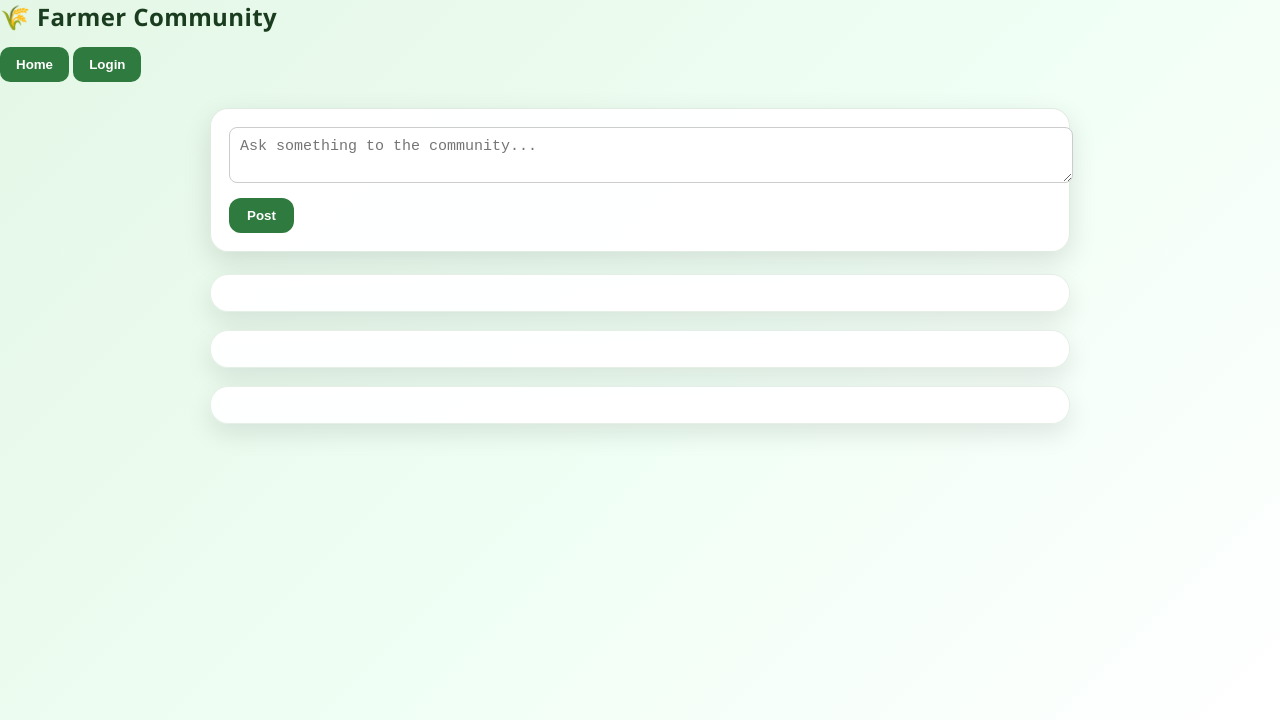
Repository: Desterhub/Agrogyanchatgpt
Page: agrogyan-gpt-main/frontend/community.html
These files come from the project's save history. The page is drawn as it stood at one moment and after the next save; the edit follows.
The browser window is 1280 px wide. The pictures show the whole page.
The page's requests for data from a server got no answer.

Above is the page before, as saved 2026-03-11 23:16:23.

After the next save:
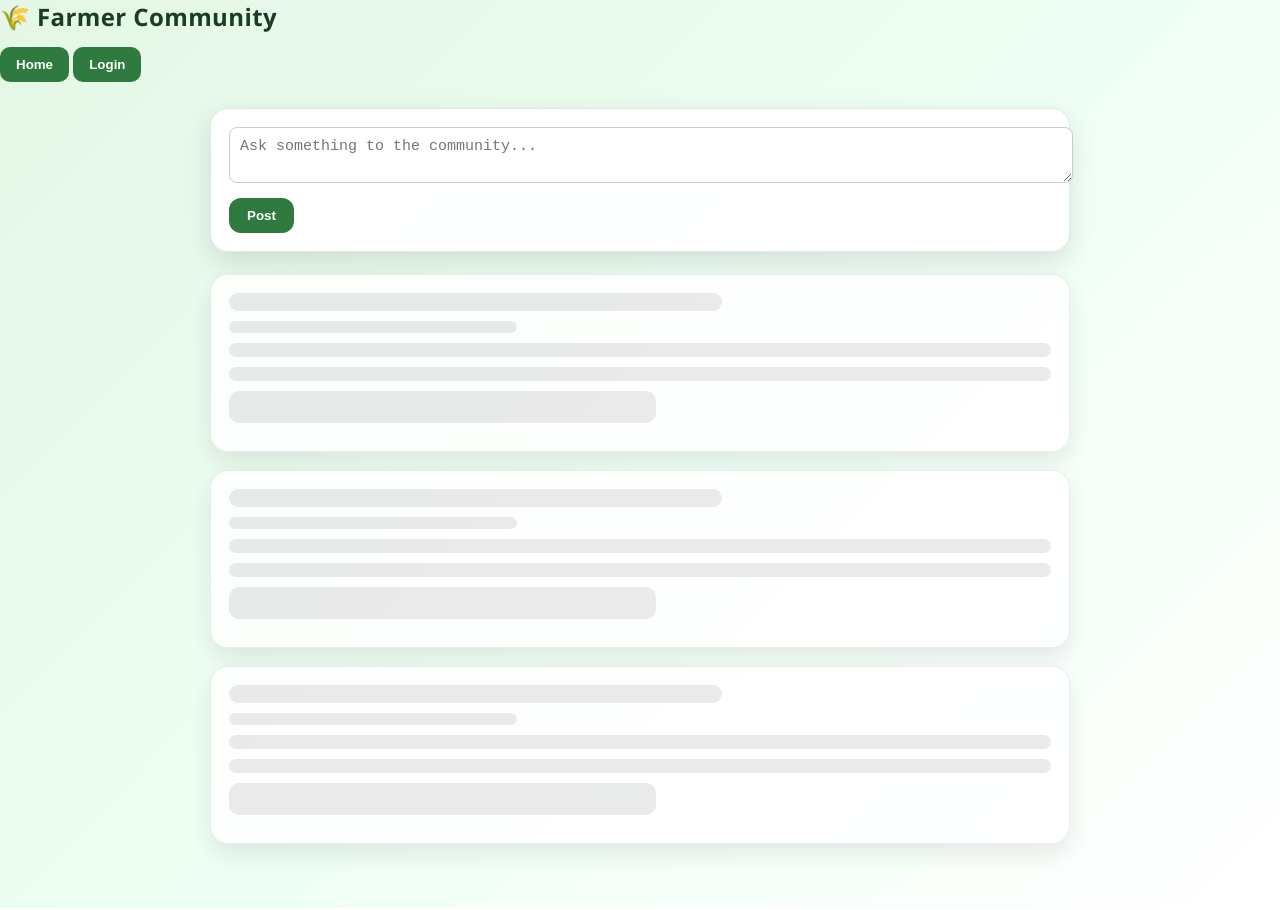
Saved 43 s later.
--- a/agrogyan-gpt-main/frontend/community.html
+++ b/agrogyan-gpt-main/frontend/community.html
@@ -81,7 +81,51 @@
             margin-top: 10px;
         }
 
-        @keyframes fadeInUp {
+        /* loading skeleton */
+        .skeleton {
+            position: relative;
+            overflow: hidden;
+            opacity: 0.9;
+        }
+
+        .skeleton::after {
+            content: "";
+            position: absolute;
+            top: 0;
+            left: -120%;
+            width: 120%;
+            height: 100%;
+            background: linear-gradient(90deg, transparent, rgba(255, 255, 255, 0.6), transparent);
+            animation: shimmer 1.3s infinite;
+        }
+
+        .skeleton-line {
+            background: rgba(230, 230, 230, 0.9);
+            border-radius: 10px;
+            height: 14px;
+            margin-bottom: 10px;
+        }
+
+        .skeleton-title {
+            width: 60%;
+            height: 18px;
+        }
+
+        .skeleton-meta {
+            width: 35%;
+            height: 12px;
+        }
+
+        .skeleton-text {
+            width: 100%;
+        }
+
+        .skeleton-action {
+            width: 52%;
+            height: 32px;
+        }
+
+        @keyframes shimmer {
             from {
                 opacity: 0;
                 transform: translateY(12px);
